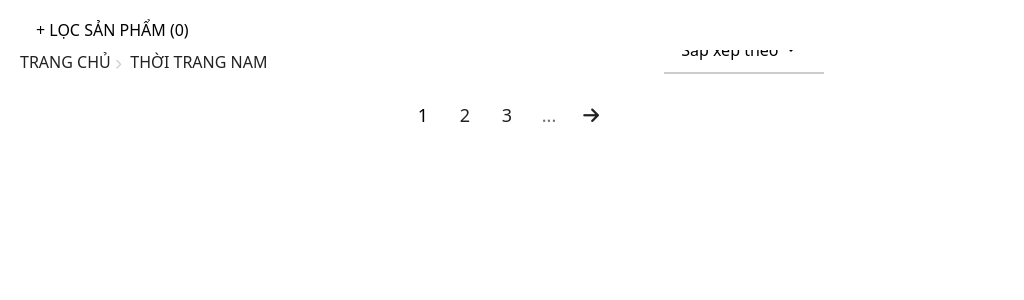
Repository: NguyenQuangQuan021099/FE_Page-Male
Page: index.html
An editor plug-in stored every save of this project. The page is shown before and after the next save, followed by the edit.
The browser window is 1024 px wide. The pictures show the whole page.
The page's requests for data from a server got no answer. Some web libraries are served in a nearby version.

Above is the page before, as saved 2021-07-08 11:07:05.

After the next save:
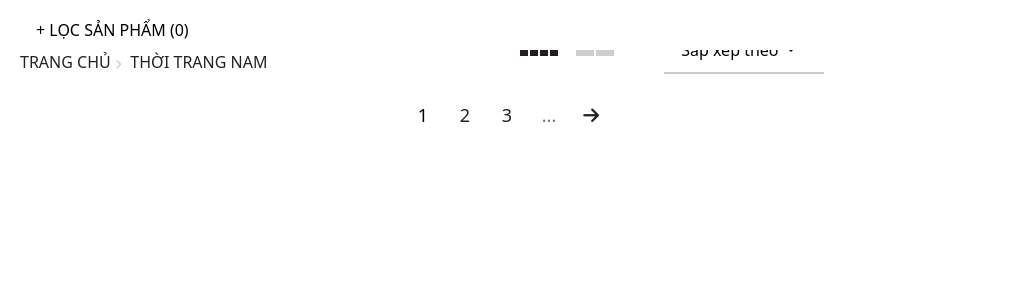
Saved 5 s later.
--- a/style.css
+++ b/style.css
@@ -300,7 +300,7 @@
         margin-bottom: 0;
     }
 
-
+    nav
 
     .toolbar__product{
         display: none;

After the save that followed:
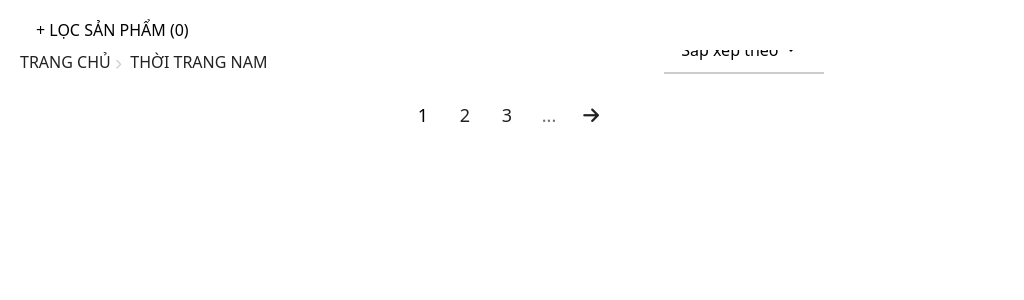
Saved 6 s later.
--- a/style.css
+++ b/style.css
@@ -300,7 +300,9 @@
         margin-bottom: 0;
     }
 
-    nav
+    .nav-2{
+
+    }
 
     .toolbar__product{
         display: none;
